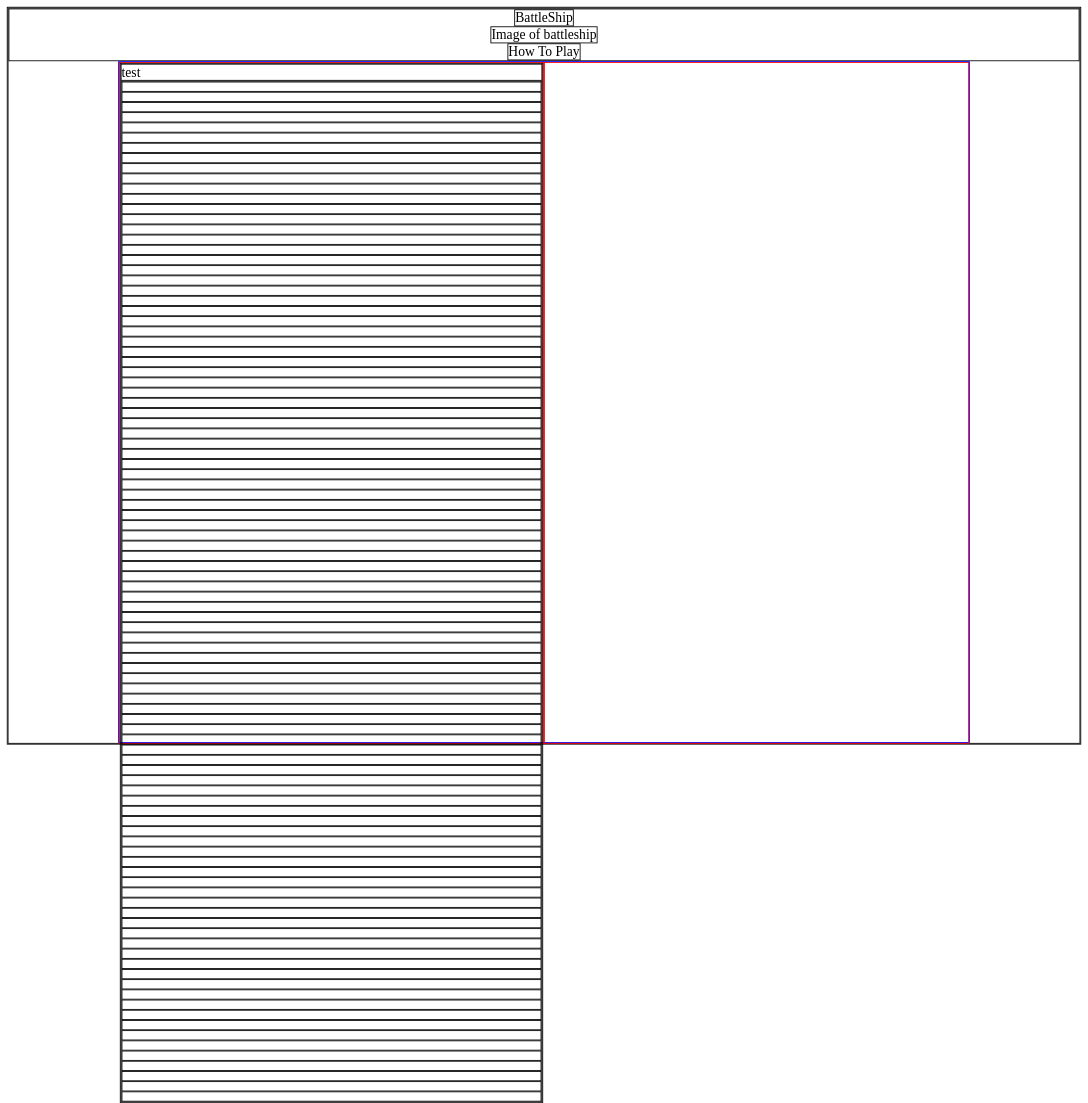
Repository: J-Haze/BattleshipApp
Page: /
These files come from the project's save history. The page is drawn as it stood at one moment and after the next save; the edit follows.
The browser window is 1280 px wide. The pictures show the whole page, at 85% of full size.
The project was rebuilt for these pictures with package versions that can differ from the ones it lists, and the page was loaded fresh each time. Also part of the build but not shown: src/index.css, src/Components/Square.js.

Above is the page before, as saved 2020-09-16 09:08:24.

### src/App.js
import React from "react";
import "./App.css";
import Game from "./Components/Game";
import Header from "./Components/Header"
// import { ProgressPlugin } from "webpack";

//test

function App() {
  return (
    <div className="App">
      <Header />
      <Game />
    </div>
  );
}

export default App;

### src/App.css
/* test */
:root{
    --black: #1B262C;
}


header {
    border: 1px solid black;

    display: flex;
    flex-direction: column;
    justify-content: center;
    align-items: center;

}

div {
    border: 1px solid black;
}

#how-to:hover{
    cursor: pointer;
}

#game{
    width: 1000px;
    height: 800px;
    display: flex;
    border: 1px solid blue;
    margin-left: auto;
    margin-right: auto;
}

.column{
    width: 50%;
    height: 100%;
    border: 1px solid red;
}

.row{
    display: flex;
    height: 10px;
}

.square{
    height: 100%;
    width: 10%;
}

### src/Components/Game.js
import React, { useState, useEffect } from "react"
import shipFactory from "../factories/ship"
import gameboardFactory from "../factories/gameboard"
import player from "../factories/player"
import Board from "./Board.js"

function Game() {

    //Write logic that modertes the games (turns and GameOver etc.)

    const [playerOne, setPlayerOne] = useState(player("Player"))
    //^^should I use state or a variable?

    console.log("here", playerOne)

    // const playerOne = player("Player");
    // const computer = player("Computer");



    // let squares = playerOne.gameboard.board;
    // console.log("squares:", squares)


    // console.log(playerOne.squaresToGuess)



    //    playerOne.gameboard.placeShip(carrier, 5, 23, "horizontal")


    // gameboard.placeShip(battleship, 4, 11, "vertical");
    // gameboard.placeShip(cruiser, 3, 82, "horizontal");

    // gameboard.placeShip(destroyer, 2, 6, "horizontal");
    // gameboard.placeShip(submarine, 1, 19, "horizontal");

    // //random attacks
    // gameboard.receiveAttack(2, 4);
    // gameboard.receiveAttack(1, 2);
    // gameboard.receiveAttack(2, 1);

    // //Sinks destroyer
    // gameboard.receiveAttack(0, 6);
    // gameboard.receiveAttack(0, 7);
    // // gameboard_1.receiveAttack(0, 7);



    // computer.gameboard.receiveAttack(playerOne.sendAttack(2))
    // playerOne.gameboard.receiveAttack(computer.sendAttack(2))

    // playerOne.sendAttack()
    // playerOne.sendAttack()


    // const computer = player("Computer")







    //Return "Board" and other components, with state being passed into it (turn, coordinates, etc.)


    // const destroyer = shipFactory(2)
    // const cruiser = shipFactory(3)
    // const battleship = shipFactory(4)
    // const carrier = shipFactory(5)

    // //Start testing
    // console.log(destroyer.name)
    // console.log(destroyer.shipLength)
    // console.log(destroyer.ship)
    // console.log(destroyer.hit(1))

    // function sinkBattleship() {
    //     battleship.hit(0);
    //     battleship.hit(1);
    //     battleship.hit(2);
    //     battleship.hit(3);
    //     battleship.hit(4);
    //     console.log("Battleship Sunk?", (battleship.isSunk()))
    // };

    // function sinkCruiser() {
    //     cruiser.hit(1);
    //     console.log("Cruiser Sunk?", (cruiser.isSunk()))
    // };

    // sinkBattleship();
    // sinkCruiser();
    // //End Testing


    return (
        <div id="game">
            <div id="col-one" className="column">
                <Board
                    player={playerOne}
                    />


            </div>
            <div id="col-one" className="column">
                {/* <Board computer={computer} /> */}
            </div>

        </div>
    )
}

export default Game;

### src/Components/Header.js
import React from "react"
import shipFactory from "../factories/ship"
import gameboardFactory from "../factories/gameboard"
import player from "../factories/player"


function Header() {
    return (
        <header>
            <div>BattleShip</div>
            <div> Image of battleship </div>
            <div id="how-to"> How To Play </div>
        </header>
    )
}


export default Header;

### src/factories/ship.js

const shipFactory = (shipLength) => {
    const shipNames = {
        1: 'Submarine',
        2: 'Destroyer',
        3: 'Cruiser',
        4: 'Battleship',
        5: 'Carrier',
    };

    const name = shipNames[shipLength];

    let ship = [];
    for (let i = 0; i < shipLength; i++) {
        ship.push([false, i, name])
    }

    let hit = (hitLocation) => {
        ship[hitLocation] = [true, hitLocation, name];
        console.log("Hit!", ship)
        console.log(`You've hit my ${name}`)
        // console.log("hits length", hit.length)
        // console.log("ship.length", ship.length)
        return ship
    }

    let isSunk = () => {
        let sunkStatus = false
        ship[0][0] == true ? sunkStatus = true : sunkStatus = false
        for (let square in ship) {
            console.log("ship:", ship)
            console.log(ship[square])
            sunkStatus = (ship[square][0] && sunkStatus)
        }
        // let sunkStatus = ship[0].every(Boolean);
        return sunkStatus
    }

    return {
        //id,
        name,
        shipLength,
        ship,
        hit,
        isSunk
    }
}

// const destroyer = shipFactory(2)
// const cruiser = shipFactory(3)
// const battleship = shipFactory(4)
// const carrier = shipFactory(5)

export default shipFactory;

//export default {shipFactory, destroyer, cruiser, battleship, carrier}

//Comment out with not testing
// module.exports = shipFactory;

### src/factories/gameboard.js
import shipFactory from "./ship"

const destroyer = shipFactory(2)
const submarine = shipFactory(3)
const cruiser = shipFactory(3)
const battleship = shipFactory(4)
const carrier = shipFactory(5)

const gameboardFactory = () => {
    let board = [];
    for (let a = 0; a <= 99; a++) {
        board.push(null)
    }
    // let boatsSunk = ["cruiser", "battleship", "carrier"];
    let boatsSunk = [];
    let allSunk = false;
    // let boatsPlaced = [];
    // let allPlaced = false;

    const placeShip = (shipName, shipLength, position, orient) => {
        //Checks for valid move
        let endPoint = 0;
        let closestEdge = 99;

        if (orient == "horizontal") {
            for (let b = position; b < (position + shipLength); b++) {
                if (board[b] != null) {
                    console.log("Illegal placement: ship already on square")
                    return board
                }
            };

            endPoint = ((position + shipLength - 1) / 10);
            closestEdge = ((Math.ceil(position / 10)) - 0.1);
        }

        if (orient == "vertical") {
            for (let c = position; c < (position + shipLength * 10); c += 10) {
                if (board[c] != null) {
                    console.log(`Illegal placement: ship already on square: ${c}`)
                    return board
                }
            };

            endPoint = ((position + ((shipLength - 1) * 10)));
            closestEdge = 99;
        }


        if ((endPoint > closestEdge)) {
            console.log("Illegal placement: over edge of board")
            return board
        }

        //Places the ship
        for (let square in board) {
            if ((position == square && (orient == "horizontal"))) {
                for (let z = position; z < (position + shipLength); z++) {
                    board.splice(z, 1, shipName.ship[z - position])
                }
                // console.log("HERE", shipName.ship)
                // boatsPlaced.push(shipName)
            } else if ((position == square && (orient == "vertical"))) {
                for (let z = position; z < (position + shipLength * 10); z += 10) {
                    // let w = Math.round(z/10)
                    console.log(z)
                    board.splice(z, 1, shipName.ship[(z - position) / 10])
                }
            }
        }
        console.log({ board })
        return board
    }

    const receiveAttack = (attackPosition) => {
        let attackID = board[attackPosition];

        //Change to if (board[attackPosition] != "false")
        if (board[attackPosition] == null) {
            console.log("Attack missed")
            board[attackPosition] = "miss";
            console.log("New Board:", { board })
            return
        }

        if ((attackID[0] == true) || (board[attackPosition] == "miss")) {
            console.log("Already guessed this position")
            return
        }

        if (attackID[0] == false) {
            console.log("Receive Attack hit!")
            let hitLocation = attackID[1];
            let boatHitString = attackID[2];
            let boatHit = "";

            if (boatHitString == "Carrier") {
                boatHit = carrier;
            } else if (boatHitString == "Battleship") {
                boatHit = battleship;
            } else if (boatHitString == "Cruiser") {
                boatHit = cruiser;
            } else if (boatHitString == "Destroyer") {
                boatHit = destroyer;
            } else if (boatHitString == "Submarine") {
                boatHit = submarine;
            }

            console.log({ boatHit })

            boatHit.hit(hitLocation);
            board[attackPosition][0] = true;

            console.log("isSunk?", boatHit.isSunk())

            if (boatHit.isSunk()) {
                console.log(`Player's ${boatHitString} is sunk!`)
                //change all squares in boatHit from "hit" to "sunk"?
                //Or just have a pop up (i think the board game doesn't change to "sunk")
                boatsSunk.push(boatHitString)
                console.log({ boatsSunk })
            }

            if (boatsSunk.length > 4) {
                allSunk = true;
                console.log("ALL BOATS SUNK")
            }

            console.log("everyBoolean:", boatHit.ship[0])
            console.log("New Board:", { board })
            console.log("New Ship:", { boatHit })
        }
        return {
            board
        }

    }

    return {
        board,
        placeShip,
        // allPlaced,
        receiveAttack,
        allSunk
    }
}



export default gameboardFactory;

### src/factories/player.js
import shipFactory from "./ship"
import gameboardFactory from "./gameboard"

const player = (playerName) => {
    // const submarine = shipFactory(1)
    // const destroyer = shipFactory(2)
    // const cruiser = shipFactory(3)
    // const battleship = shipFactory(4)
    // const carrier = shipFactory(5)
    const gameboard = gameboardFactory();
    let attackCoord = 100;
    let index = 100;

    const squaresToGuess = [];

    for (let i = 0; i <= 99; i++) {
        squaresToGuess.push(i);
    }
    // console.log(squaresToGuess)

    //Randomly sends an attack
    const sendAttack = (coord) => {
        // if (playerName == "Computer") {
        // }

        if (playerName == "Player") {
            attackCoord = coord;
            index = squaresToGuess.indexOf(attackCoord);
            squaresToGuess.splice(index, 1);
        } else {
            console.log("s2g", squaresToGuess.length - 1)
            attackCoord = Math.floor(Math.random() * (squaresToGuess.length - 1));
            index = squaresToGuess.indexOf(attackCoord);
            squaresToGuess.splice(index, 1);
        }

        console.log({ attackCoord })
        console.log("squares to guess:", squaresToGuess)
        return attackCoord
    }



    //send attack will take coordinates and "send an attack" to the OPPOSING board
    //Need to make sure it has an array of 0-99 and takes away the guessed numbers from that array.
    //random between 0 and array.length

    return {
        gameboard,
        squaresToGuess,
        sendAttack
    }
}








export default player;

### src/Components/Board.js
import React from "react"
import shipFactory from "../factories/ship"
import gameboardFactory from "../factories/gameboard"
import player from "../factories/player"
import Square from "./Square.js"
import Row from "./Row.js"
// import Player from "./Player.js"

function Board({ player }) {

    let squares = player.gameboard.board;
    let size = 10; let rows = [];
    for (let i = 0; i < squares.length; i += size) {
        rows.push(squares.slice(i, i + size));
    }
    console.log("rows", rows)
    // let rowOne = squares.splice(0, 10);
    //squares should be an array of all the squares

    console.log("rows:", rows)
    console.log("squares:", squares)





    return (
        // <div>{squareItems}</div>

        <div>
            <div> test </div>
            <div className="board">
                {/* {squareItems} */}
                {rows.map((row, i) => {
                    return row.map((square) => {
                    return (
                        <Row
                            key={square}
                            row={i}
                            squareObj={square}
                        // position={[i, j]}
                        // position={square}
                        // key={square.}
                        // key={book.title}
                        // book={book}
                        // handleDelete={handleDelete}
                        // toggleRead={toggleRead}
                        // toggleReading={toggleReading}
                        // toggleNotRead={toggleNotRead}
                        />
                        );
                    });
                })}
            </div>
        </div>
    )
}

export default Board;

### src/Components/Row.js
import React from "react"
import shipFactory from "../factories/ship"
import gameboardFactory from "../factories/gameboard"
import player from "../factories/player"

function Row(props) {
    const { rowObj } = props;



    return (
        <div className="row">
            {rowObj}
        </div>
    )
}

export default Row;

Loaded but not shown: public/index.html (common file); src/index.js (common file); src/serviceWorker.js (common file)

After the next save:
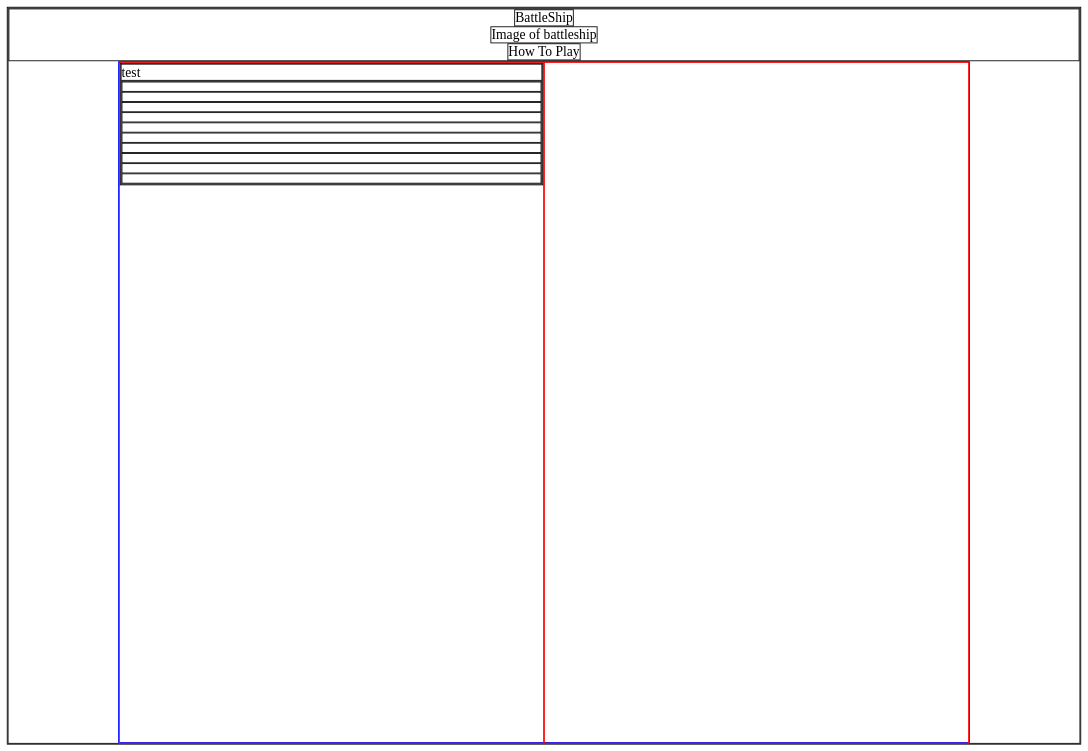
Saved 12 s later.
--- a/src/Components/Board.js
+++ b/src/Components/Board.js
@@ -31,13 +31,11 @@ function Board({ player }) {
             <div> test </div>
             <div className="board">
                 {/* {squareItems} */}
-                {rows.map((row, i) => {
-                    return row.map((square) => {
+                {rows.map((row) => {
                     return (
                         <Row
-                            key={square}
-                            row={i}
-                            squareObj={square}
+                            key={row}
+                            rowObj={row}
                         // position={[i, j]}
                         // position={square}
                         // key={square.}
@@ -48,9 +46,9 @@ function Board({ player }) {
                         // toggleReading={toggleReading}
                         // toggleNotRead={toggleNotRead}
                         />
-                        );
-                    });
-                })}
+                    );
+                })
+                }
             </div>
         </div>
     )
